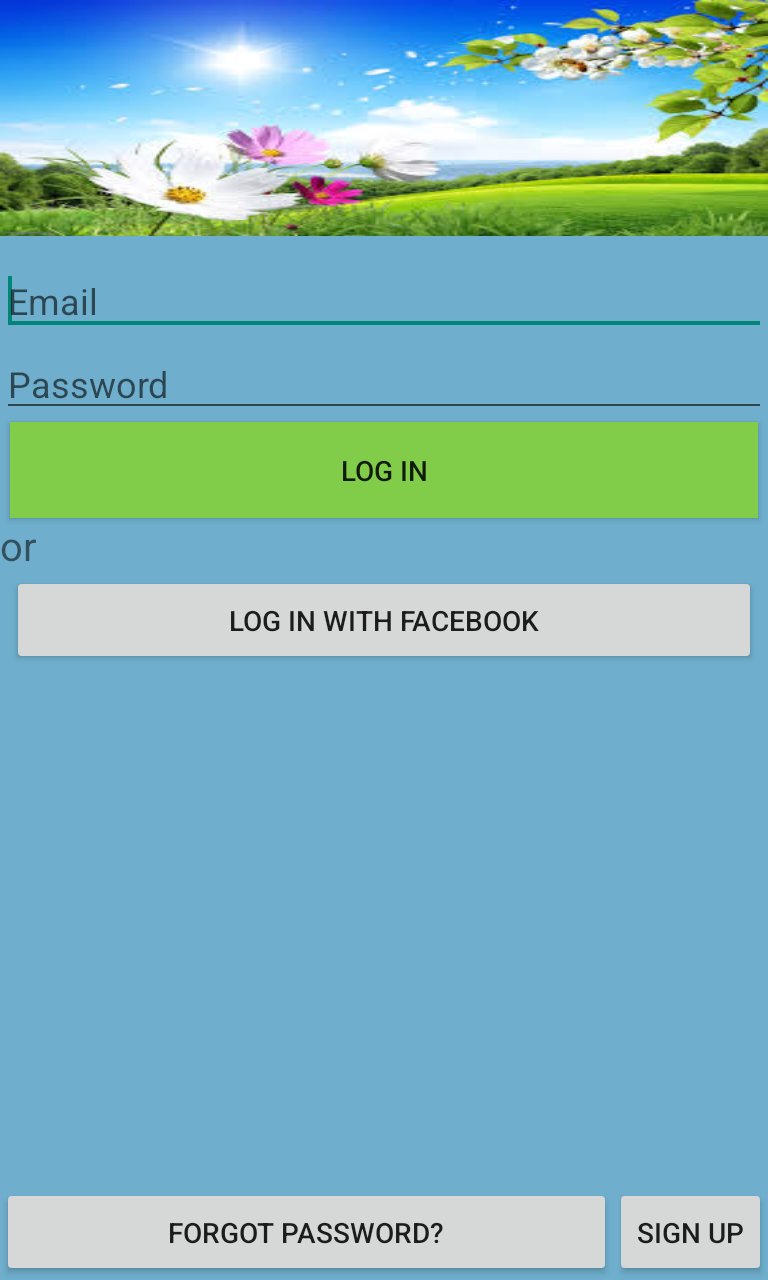
Repository: adarshnair13/my-project
Layout: ash/res/layout/activity_main.xml
These files come from the project's save history. The layout is drawn as it stood at one moment and after the next save; the edit follows.
It is drawn on a 768 x 1280 px phone screen (xhdpi) without system bars, with theme AppTheme; the app's code is not run.

Above is the layout before, as saved 2015-02-02 23:18:05.

### ash/res/layout/activity_main.xml
<RelativeLayout xmlns:android="http://schemas.android.com/apk/res/android"
    xmlns:tools="http://schemas.android.com/tools"
    android:id="@+id/RelativeLayout1"
    android:layout_width="match_parent"
    android:layout_height="match_parent"
    android:background="#6FAFCD"
    android:orientation="vertical"
    tools:context="com.adarsh.ash.MainActivity" >

    <ImageView
        android:id="@+id/imageView1"
        android:layout_width="match_parent"
        android:layout_height="wrap_content"
        android:layout_alignParentLeft="true"
        android:layout_alignParentTop="true"
        android:scaleType="fitXY"
        android:src="@drawable/nock" />

    <EditText
        android:id="@+id/editText1"
        android:layout_width="match_parent"
        android:layout_height="wrap_content"
        android:layout_alignParentLeft="true"
        android:layout_below="@+id/imageView1"
        android:layout_marginTop="10dp"
        android:ems="10"
        android:hint="Email"
        android:inputType="textEmailAddress" >

        <requestFocus />
    </EditText>

    <EditText
        android:id="@+id/editText2"
        android:layout_width="match_parent"
        android:layout_height="wrap_content"
        android:layout_alignParentLeft="true"
        android:layout_below="@+id/editText1"
        android:ems="10"
        android:hint="Password"
        android:inputType="numberPassword" />

    <Button
        android:id="@+id/button1"
        style="?android:attr/buttonStyleSmall"
        android:layout_width="match_parent"
        android:layout_height="wrap_content"
        android:layout_alignParentLeft="true"
        android:layout_below="@+id/editText2"
        android:layout_marginLeft="5dp"
        android:layout_marginRight="5dp"
        android:background="#81CD4A"
        android:text="Log In" />

    <TextView
        android:id="@+id/textView1"
        android:layout_width="match_parent"
        android:layout_height="wrap_content"
        android:layout_below="@+id/button1"
        android:layout_centerHorizontal="true"
        android:layout_gravity="center"
        android:text="or"
        android:textSize="20dp" />

    <Button
        android:id="@+id/button2"
        style="?android:attr/buttonStyleSmall"
        android:layout_width="match_parent"
        android:layout_height="wrap_content"
        android:layout_alignParentLeft="true"
        android:layout_below="@+id/textView1"
        android:layout_marginLeft="5dp"
        android:layout_marginRight="5dp"
        android:text="Log In with Facebook" />

    <Button
        android:id="@+id/button3"
        style="?android:attr/buttonStyleSmall"
        android:layout_width="match_parent"
        android:layout_height="wrap_content"
        android:layout_alignParentBottom="true"
        android:layout_alignParentLeft="true"
        android:layout_toLeftOf="@+id/button4"
        android:text="Forgot Password?" />

    <Button
        android:id="@+id/button4"
        style="?android:attr/buttonStyleSmall"
        android:layout_width="wrap_content"
        android:layout_height="wrap_content"
        android:layout_alignParentBottom="true"
        android:layout_alignParentRight="true"
        android:text="Sign Up" />

</RelativeLayout>

Loaded but not shown: ash/res/values/styles.xml (common file); ash/res/values-v11/styles.xml (common file); ash/res/values-v14/styles.xml (common file)

After the next save:
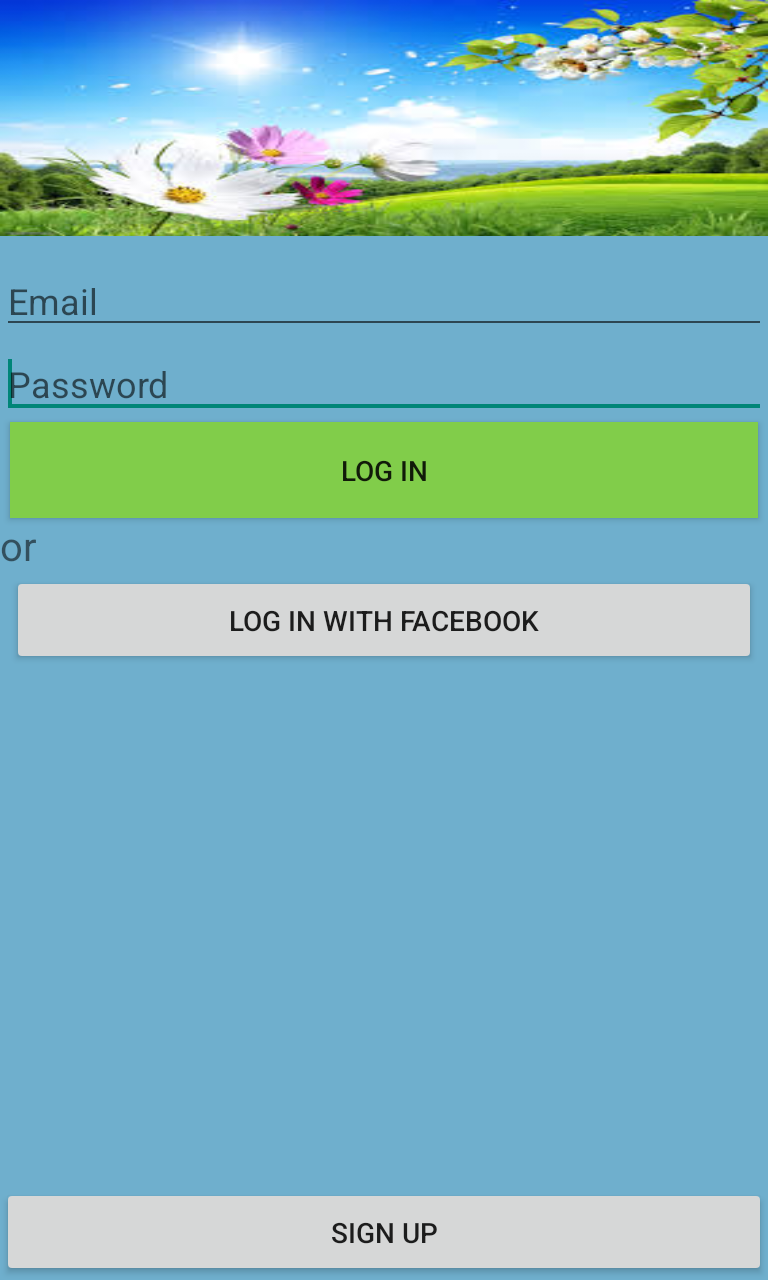
Saved 9 min 23 s later.
--- a/ash/res/layout/activity_main.xml
+++ b/ash/res/layout/activity_main.xml
@@ -6,72 +6,6 @@
     android:background="#6FAFCD"
     android:orientation="vertical"
     tools:context="com.adarsh.ash.MainActivity" >
-
-    <ImageView
-        android:id="@+id/imageView1"
-        android:layout_width="match_parent"
-        android:layout_height="wrap_content"
-        android:layout_alignParentLeft="true"
-        android:layout_alignParentTop="true"
-        android:scaleType="fitXY"
-        android:src="@drawable/nock" />
-
-    <EditText
-        android:id="@+id/editText1"
-        android:layout_width="match_parent"
-        android:layout_height="wrap_content"
-        android:layout_alignParentLeft="true"
-        android:layout_below="@+id/imageView1"
-        android:layout_marginTop="10dp"
-        android:ems="10"
-        android:hint="Email"
-        android:inputType="textEmailAddress" >
-
-        <requestFocus />
-    </EditText>
-
-    <EditText
-        android:id="@+id/editText2"
-        android:layout_width="match_parent"
-        android:layout_height="wrap_content"
-        android:layout_alignParentLeft="true"
-        android:layout_below="@+id/editText1"
-        android:ems="10"
-        android:hint="Password"
-        android:inputType="numberPassword" />
-
-    <Button
-        android:id="@+id/button1"
-        style="?android:attr/buttonStyleSmall"
-        android:layout_width="match_parent"
-        android:layout_height="wrap_content"
-        android:layout_alignParentLeft="true"
-        android:layout_below="@+id/editText2"
-        android:layout_marginLeft="5dp"
-        android:layout_marginRight="5dp"
-        android:background="#81CD4A"
-        android:text="Log In" />
-
-    <TextView
-        android:id="@+id/textView1"
-        android:layout_width="match_parent"
-        android:layout_height="wrap_content"
-        android:layout_below="@+id/button1"
-        android:layout_centerHorizontal="true"
-        android:layout_gravity="center"
-        android:text="or"
-        android:textSize="20dp" />
-
-    <Button
-        android:id="@+id/button2"
-        style="?android:attr/buttonStyleSmall"
-        android:layout_width="match_parent"
-        android:layout_height="wrap_content"
-        android:layout_alignParentLeft="true"
-        android:layout_below="@+id/textView1"
-        android:layout_marginLeft="5dp"
-        android:layout_marginRight="5dp"
-        android:text="Log In with Facebook" />
 
     <Button
         android:id="@+id/button3"
@@ -86,10 +20,71 @@
     <Button
         android:id="@+id/button4"
         style="?android:attr/buttonStyleSmall"
-        android:layout_width="wrap_content"
+        android:layout_width="match_parent"
         android:layout_height="wrap_content"
         android:layout_alignParentBottom="true"
         android:layout_alignParentRight="true"
         android:text="Sign Up" />
 
+    <LinearLayout
+        android:layout_width="match_parent"
+        android:layout_height="wrap_content"
+        android:layout_above="@+id/button4"
+        android:layout_alignParentTop="true"
+        android:orientation="vertical" >
+
+        <ImageView
+            android:id="@+id/imageView1"
+            android:layout_width="match_parent"
+            android:layout_height="wrap_content"
+            android:scaleType="fitXY"
+            android:src="@drawable/nock" />
+
+        <EditText
+            android:id="@+id/editText1"
+            android:layout_width="match_parent"
+            android:layout_height="wrap_content"
+            android:layout_marginTop="10dp"
+            android:ems="10"
+            android:hint="Email"
+            android:inputType="textEmailAddress" />
+
+        <EditText
+            android:id="@+id/editText2"
+            android:layout_width="match_parent"
+            android:layout_height="wrap_content"
+            android:ems="10"
+            android:hint="Password"
+            android:inputType="numberPassword" >
+
+            <requestFocus />
+        </EditText>
+
+        <Button
+            android:id="@+id/button1"
+            style="?android:attr/buttonStyleSmall"
+            android:layout_width="match_parent"
+            android:layout_height="wrap_content"
+            android:layout_marginLeft="5dp"
+            android:layout_marginRight="5dp"
+            android:background="#81CD4A"
+            android:text="Log In" />
+
+        <TextView
+            android:id="@+id/textView1"
+            android:layout_width="match_parent"
+            android:layout_height="wrap_content"
+            android:text="or"
+            android:textSize="20dp" />
+
+        <Button
+            android:id="@+id/button2"
+            style="?android:attr/buttonStyleSmall"
+            android:layout_width="match_parent"
+            android:layout_height="wrap_content"
+            android:layout_marginLeft="5dp"
+            android:layout_marginRight="5dp"
+            android:text="Log In with Facebook" />
+    </LinearLayout>
+
 </RelativeLayout>
